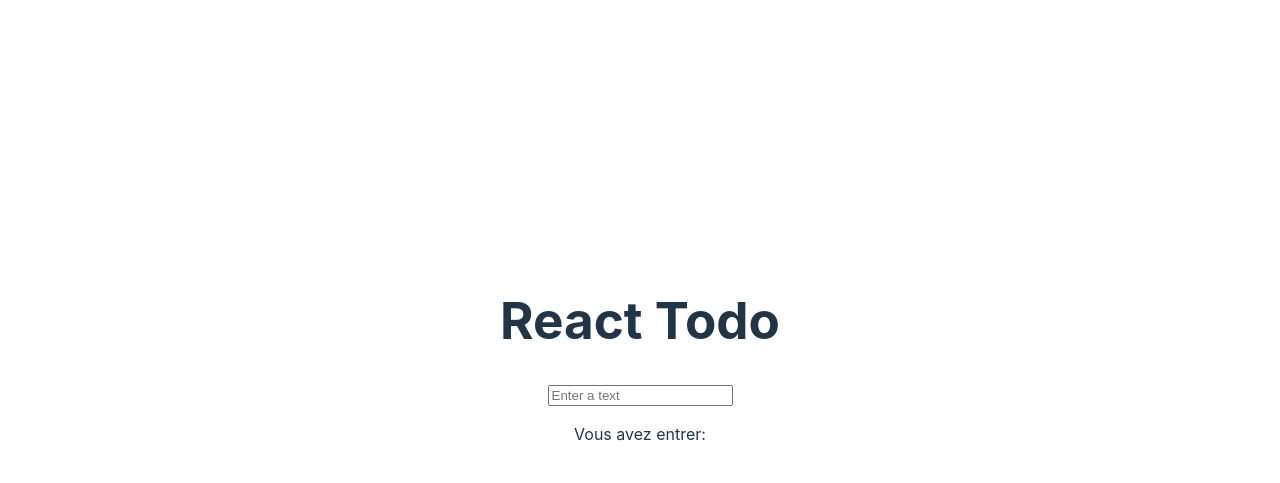
Repository: feyroozecode/React-Todo
Page: /
An editor plug-in stored every save of this project. The page is shown before and after a run of saves, followed by the edit.
The browser window is 1280 px wide. The pictures show the whole page.
The project was rebuilt for these pictures with package versions that can differ from the ones it lists, and the page was loaded fresh each time. Also part of the build but not shown: vite.config.js, src/components/add_field.jsx.

Above is the page before, as saved 2023-09-21 10:26:13.

After the next 4 saves:
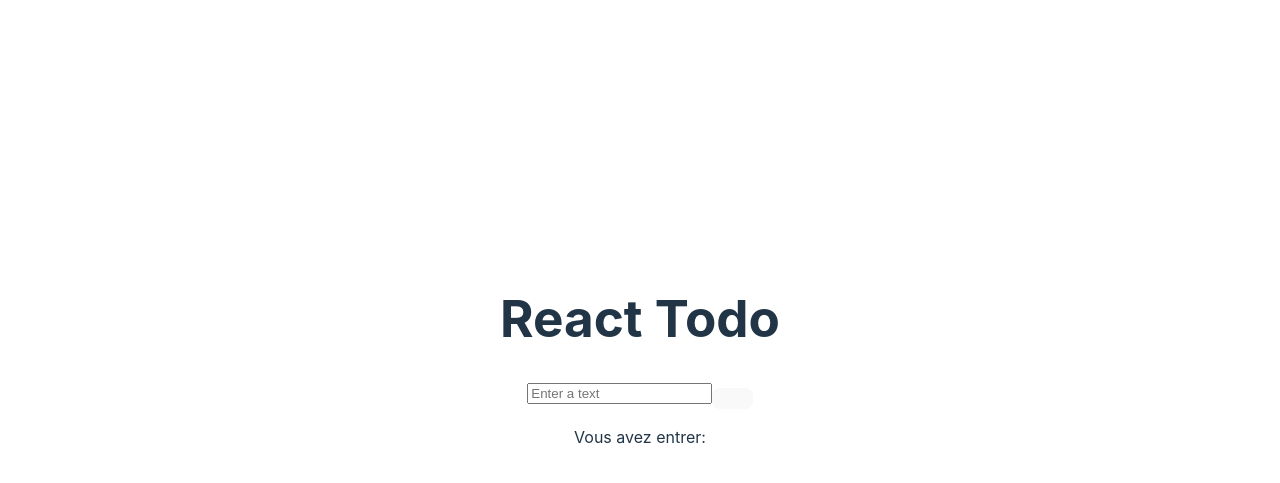
The 4 saves are shown as one change because they came seconds apart.
The last was saved 16 s later.
--- a/src/App.jsx
+++ b/src/App.jsx
@@ -25,7 +25,7 @@
             value={input}
             onChange={handleInputChange}
             />
-        <Button:b></Button:b>
+        <button onC></button>
          <p>
            Vous avez entrer: <strong> { input } </strong>
           </p>
